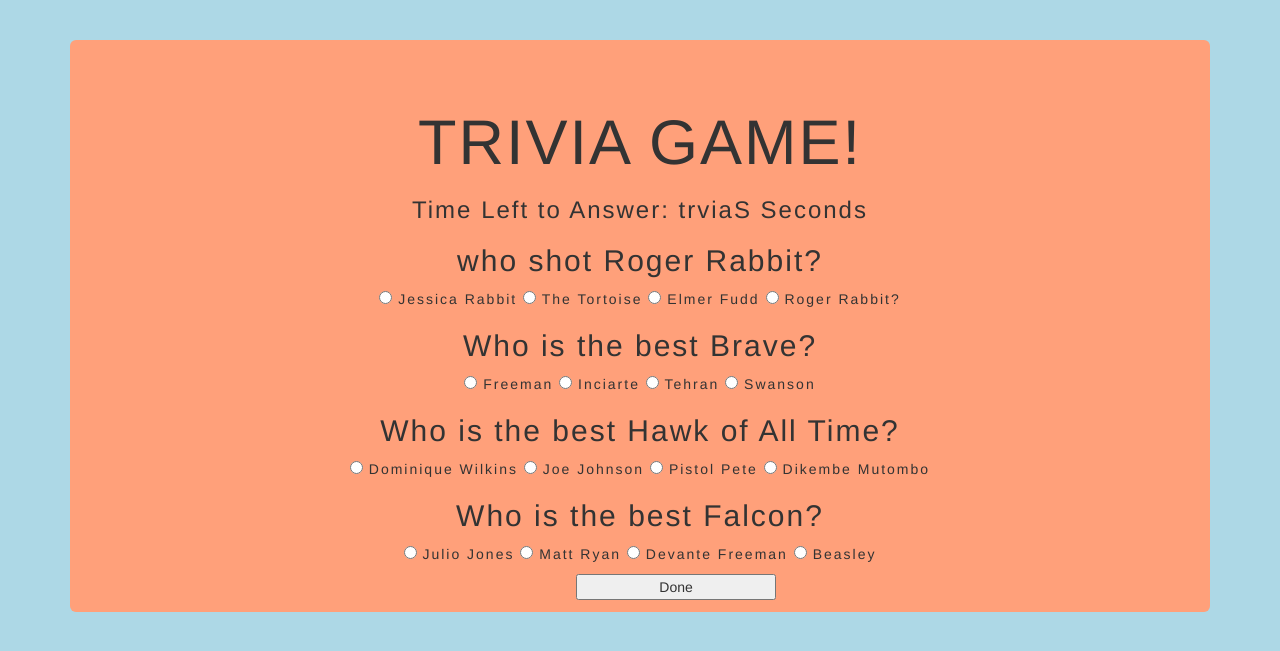
Repository: phiniezyc/TriviaGame
Page: index.html
These files come from the project's save history. The page is drawn as it stood at one moment and after the next save; the edit follows.
The browser window is 1280 px wide. The pictures show the whole page.
After loading, the first visible `#startGameButton` was clicked once.
Some web libraries are served in a nearby version.

Above is the page before, as saved 2017-09-14 01:50:54.
Console error: TypeError: "#timeLeft".html is not a function

### index.html
<!DOCTYPE html>
<html lang="">
<head>
    <meta charset="utf-8">
    <meta name="viewport" content="width=device-width, initial-scale=1.0">
    <title>Quiz Game</title>
    <link rel="stylesheet" href="https://maxcdn.bootstrapcdn.com/bootstrap/3.3.7/css/bootstrap.min.css">
    <link rel="stylesheet" href="assets/css/style.css">
</head>

<body>

<div class="container">
<div class="row">

</div>
</div>
<div class="container">
    <div class="jumbotron">
        <div>
            <h1 id="gameHeading">TRIVIA GAME!</h1>
        </div>
        <div id="questionSection">
            <button id="startGameButton">Start Game</button>
        </div>
    </div>
</div>



<script src="https://ajax.googleapis.com/ajax/libs/jquery/3.2.1/jquery.min.js"></script>
<script src="assets/javascript/app.js"></script>
</body>
</html>

### assets/css/style.css
body {
    background-color: lightblue;
}



button {
    /*margin-left: 45%;*/
    /*text-align: center;*/
    width: 200px;
    position: absolute;
    left: 45%;
}


.jumbotron {
    background-color: lightsalmon;
    margin-top: 40px;
    text-align: center;
    letter-spacing: 2px;
}

#gameHeading {
    text-align: center;
}


#doneButton {
    margin-top: 10px;
}

/*
.!*answerSections {

    height: 100px;
    border-style: solid;
    border-width: 5px;
    text-align: center;
    font-size: 35px;
    width: 75%;
    margin: 0 auto;
    padding-top: 15px;
} *!*/

### assets/javascript/app.js

$("#startGameButton").on("click", function () {
    trivaScoring.startTimer();
    /* $("#startGameButton").remove();
    for (var i = 0; i < questions.length; i++) {
        $("#questionSection").append("<h2>" + questions[i].question + "</h2>");
        for (var j = 0; j < questions[i].answers.length; j++) {
            $("#questionSection").append("<input type = 'radio' name= 'questionsToAsk" + i + " 'value' " + questions[i].answers[j] + "'>" + questions[i].answers[j])
        }
    }
    $("#questionSection").after("<button value = 'hello' id = 'doneButton'> Done"); */
});

var questions = [{
    question: " who shot Roger Rabbit? ",
    answers: [" Jessica Rabbit ", " The Tortoise ", " Elmer Fudd ", " Roger Rabbit? "],
    correctAnswer: " Jessica Rabbit "
}, {
    question: " Who is the best Brave? ",
    answers: [" Freeman ", " Inciarte ", " Tehran ", " Swanson "],
    correctAnswer: "Freeman"
}, {
    question: " Who is the best Hawk of All Time? ",
    answers: [" Dominique Wilkins ", " Joe Johnson ", " Pistol Pete ", " Dikembe Mutombo "],
    correctAnswer: " Dominique Wilkins "
}, {
    question: " Who is the best Falcon? ",
    answers: [" Julio Jones ", " Matt Ryan ", " Devante Freeman ", " Beasley "],
    correctAnswer: " Julio Jones "
}];


var trivaScoring = {
    correct: 0,
    incorrect: 0,
    counter: 60,
    timeLeft: function() {
        trivaScoring.counter--;
        ("#timeLeft").html(trivaScoring.counter);
        if (trivaScoring.counter === 0) {
            console.log("You're done!");
            trivaScoring.over();
        }
    },
    startTimer: function() {
        timer = setInterval(trivaScoring.timeLeft, 1000);
        $("#questionSection").prepend("<h3>Time Left to Answer: <span id = 'timeLeft'> trviaS </span> Seconds </h3>");
        $("#startGameButton").remove();
        for (var i = 0; i < questions.length; i++) {
            $("#questionSection").append("<h2>" + questions[i].question + "</h2>");
            for (var j = 0; j < questions[i].answers.length; j++) {
                $("#questionSection").append("<input type = 'radio' name= 'questionsToAsk" + i + " 'value' " + questions[i].answers[j] + "'>" + questions[i].answers[j])
            }
        }
        $("#questionSection").after("<button value = 'hello' id = 'doneButton'> Done");
    }


}

After the next save:
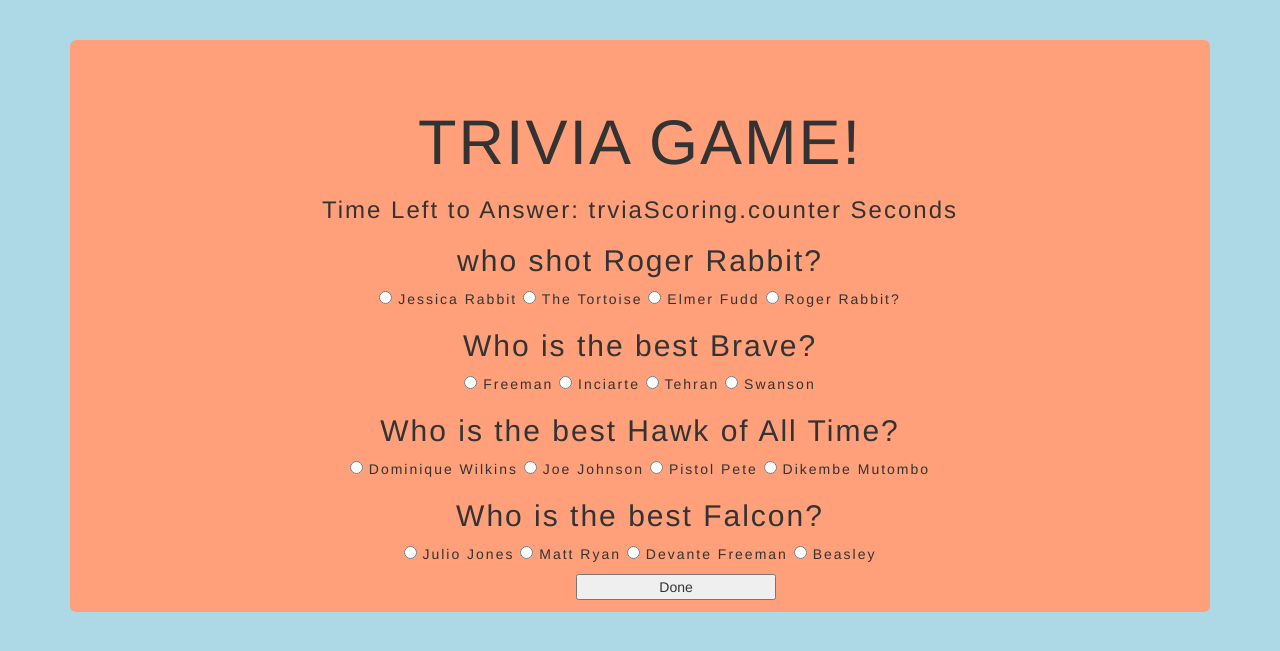
Saved 5 s later.
--- a/assets/javascript/app.js
+++ b/assets/javascript/app.js
@@ -44,7 +44,7 @@
     },
     startTimer: function() {
         timer = setInterval(trivaScoring.timeLeft, 1000);
-        $("#questionSection").prepend("<h3>Time Left to Answer: <span id = 'timeLeft'> trviaS </span> Seconds </h3>");
+        $("#questionSection").prepend("<h3>Time Left to Answer: <span id = 'timeLeft'> trviaScoring.counter </span> Seconds </h3>");
         $("#startGameButton").remove();
         for (var i = 0; i < questions.length; i++) {
             $("#questionSection").append("<h2>" + questions[i].question + "</h2>");
